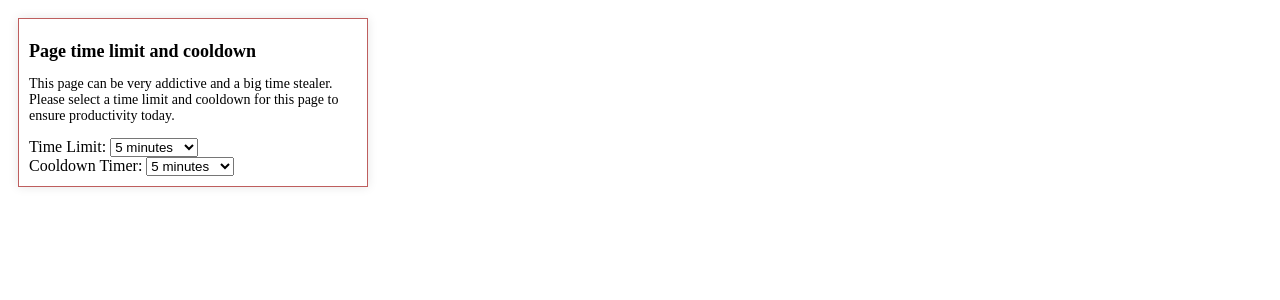
Repository: AndrlmMass/Time-management-chrome-extension
Page: popup2.html
An editor plug-in stored every save of this project. The page is shown before and after the next save, followed by the edit.
The browser window is 1280 px wide. The pictures show the whole page.

Above is the page before, as saved 2023-08-24 20:43:53.

After the next save:
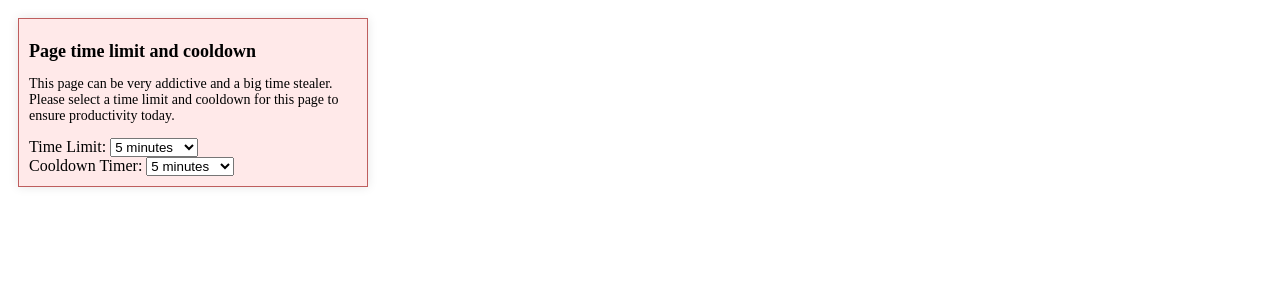
Saved 16 s later.
--- a/popup.css
+++ b/popup.css
@@ -5,7 +5,7 @@ body {
 
 #popup-container {
   padding: 10px;
-  background-color: #fff;
+  background-color: #ffe9e9;
   border: 1px solid #be5e5e;
   box-shadow: 0 0 10px rgba(0, 0, 0, 0.1);
 }
